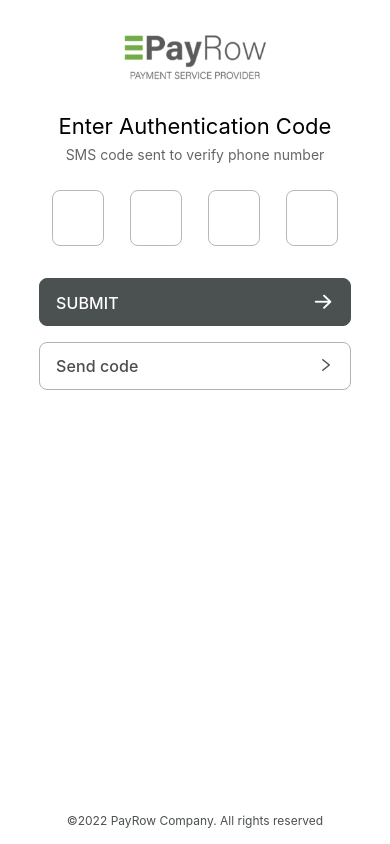
Repository: rishabh-critical-river/payrowios
Screen: /Create Account
These files come from the project's save history. The screen is drawn as it stood at one moment and after a run of saves; the edit follows.
The app was drawn by React Native's web renderer in a window 390 px wide. The project was rebuilt for these pictures with package versions that can differ from the ones it lists, and the page was loaded fresh each time. Also part of the build but not shown: screens/home/HomeScreen.tsx, screens/home/HomeComponents/TapToPay.tsx, screens/home/HomeComponents/PaymentSummary.js, screens/home/HomeComponents/AddItem.js, screens/home/HomeComponents/TapCard.tsx, screens/home/HomeComponents/EnterPin.tsx, screens/home/HomeComponents/Confirmation.tsx, screens/home/HomeComponents/NewPayment.tsx and 37 more.

Above is the screen before, as saved 2023-07-27 03:39:58.

After the next 7 saves:
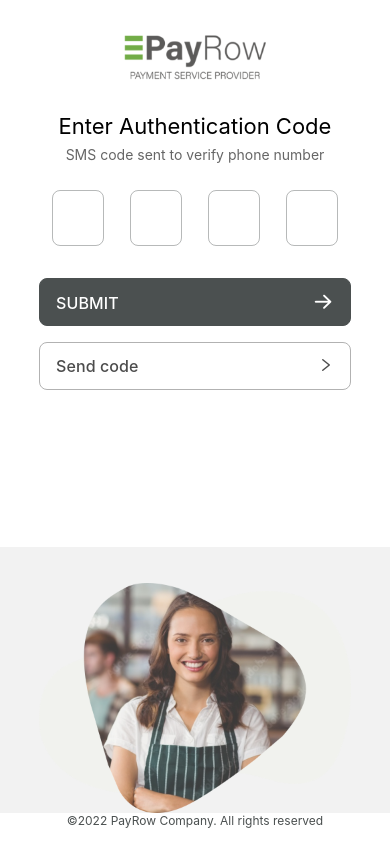
The 7 saves are shown as one change because they came seconds apart.
The last was saved 31 s later.
--- a/screens/onboarding/CreateAccount.js
+++ b/screens/onboarding/CreateAccount.js
@@ -186,6 +186,18 @@ function CreateAccount({ navigation }) {
         </TouchableOpacity>
 
       </View>
+      <View>
+
+      <Image
+          source={require("../../src/Images/getStarted.png")}
+          style={{
+            width: 312,
+            height: 230,
+            alignSelf: "center",
+            marginTop: 36,
+          }}
+        />
+      </View>
       <Text
         style={{
           fontSize: 12,
